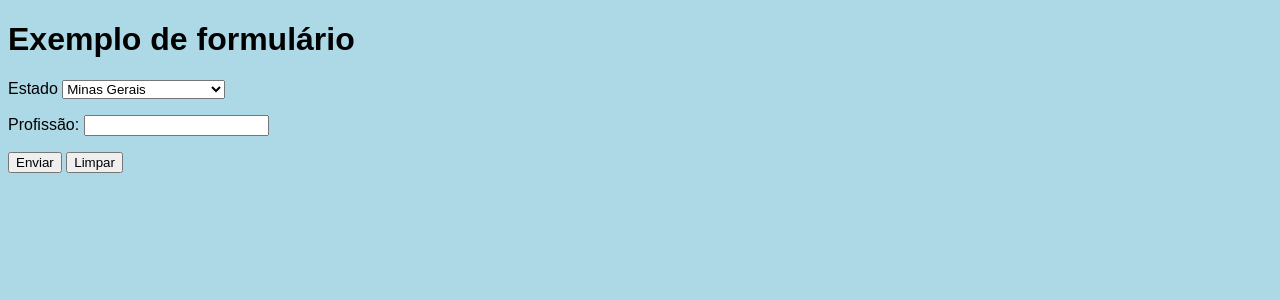
Repository: Codigo404q/html-css
Page: exercicios/ex025/form007.html
These files come from the project's save history. The page is drawn as it stood at one moment and after a run of saves; the edit follows.
The browser window is 1280 px wide. The pictures show the whole page.

Above is the page before, as saved 2024-01-30 22:42:47.

### exercicios/ex025/form007.html
<!DOCTYPE html>
<html lang="pt-br">
<head>
    <meta charset="UTF-8">
    <meta name="viewport" content="width=device-width, initial-scale=1.0">
    <title>Formulário</title>
    <style>
       body {
            background-color: lightblue;
            font-family: Arial, Helvetica, sans-serif;
        }
    </style>
</head>
<body>
    <h1>Exemplo de formulário</h1>
    <form action="cadastro.lua" method="get" autocomplete="on">
        <p>
            <label for="iest"> Estado</label>
            <select name="estado" id="iest">
                <optgroup label="Região Sudeste">
                    <option value="MG">Minas Gerais</option>
                    <option value="RJ">Rio de Janeiro</option>
                    <option value="SP">São Paulo</option>
                </optgroup>

<optgroup label="Região Nordeste">

                    <option value="MA">Maranhão</option>
                    <option value="PE">Pernambuco</option>
                    <option value="RN">Rio Grande Do Norte</option>
</optgroup>

            </select>
        </p>
        <p>
            <label for="iprof">Profissão: </label>
            <input type="text" name="prof" id="iprof" list="1stprof">
            <datalist id="1stprof">
                <option value="ADM">Administrador</option>
                <option value="CONT">Contabilista</option>
                <option value="DEV">Densevolvedor</option>
                <option value="PROF">Professor</option>
            </datalist>

        </p>

        <p>
            <label for="imsg"></label>
        </p>
        <p>
            <input type="submit" value="Enviar">
            <input type="reset" value="Limpar">
        </p>

    </form>
</body>
</html>

After the next 4 saves:
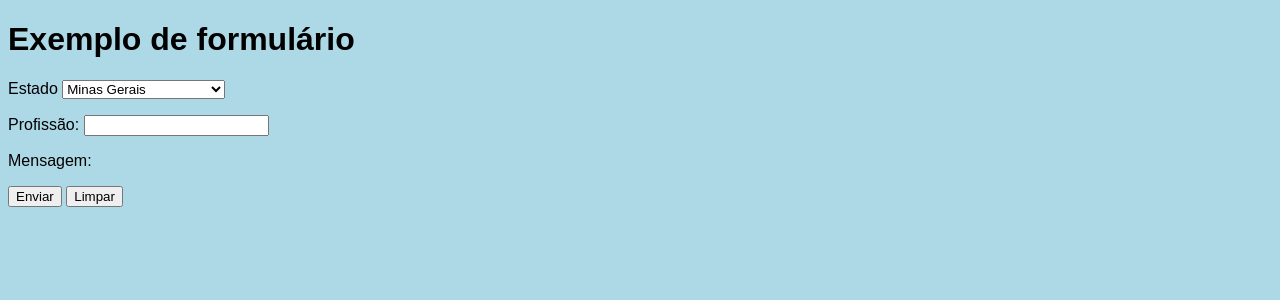
The 4 saves are shown as one change because they came seconds apart.
The last was saved 11 s later.
--- a/exercicios/ex025/form007.html
+++ b/exercicios/ex025/form007.html
@@ -45,7 +45,7 @@
         </p>
 
         <p>
-            <label for="imsg"></label>
+            <label for="imsg">Mensagem: </label>
         </p>
         <p>
             <input type="submit" value="Enviar">
